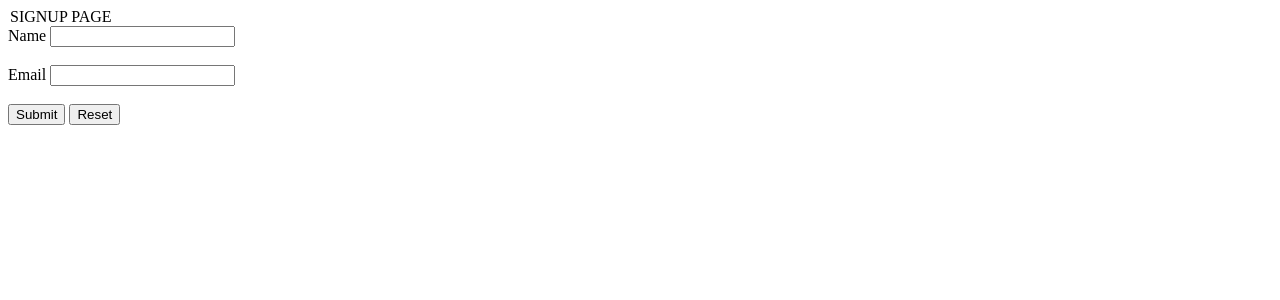
Repository: Altafalinadaf/SimpleProjects
Page: servletDemo6/src/main/webapp/index.html
These files come from the project's save history. The page is drawn as it stood at one moment and after the next save; the edit follows.
The browser window is 1280 px wide. The pictures show the whole page.

Above is the page before, as saved 2023-10-31 05:31:21.

After the next save:
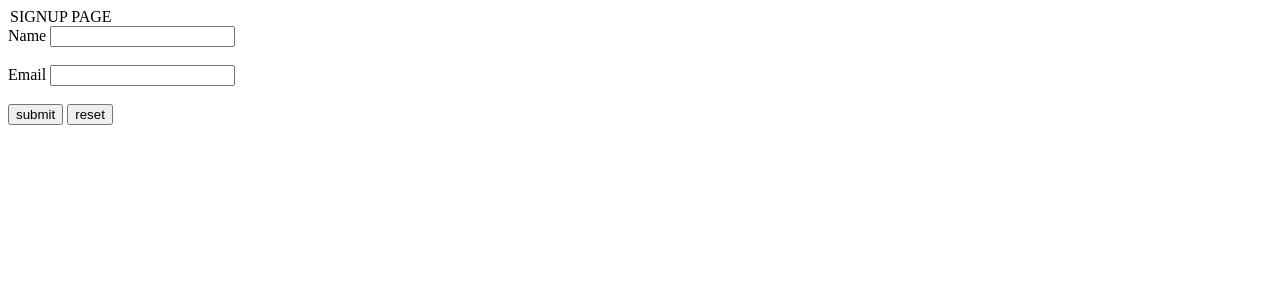
Saved 2 min 20 s later.
--- a/servletDemo6/src/main/webapp/index.html
+++ b/servletDemo6/src/main/webapp/index.html
@@ -16,8 +16,8 @@
 			<label for="email id">Email</label>
 			<input type="text" name="email" id="email id" /> <br /> <br />
 
-			<input type="submit" value="Submit" />
-			<input type="reset" value="Reset" />
+			<button>submit</button>
+			<button>reset</button>
 
 		</field set>
 

After the save that followed:
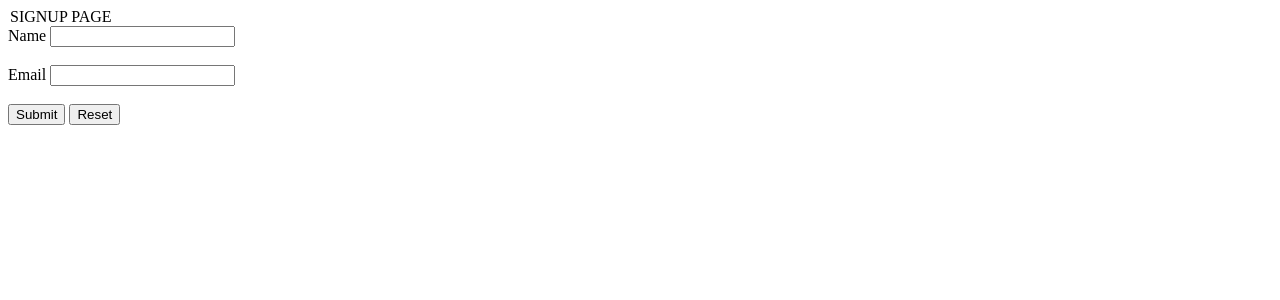
Saved 4 min 29 s later.
--- a/servletDemo6/src/main/webapp/index.html
+++ b/servletDemo6/src/main/webapp/index.html
@@ -10,14 +10,14 @@
 
 	<form action="myForm" method="post">
 		<field set>
-			<legend> SIGNUP PAGE  </legend>
+			<legend> SIGNUP PAGE </legend>
 			<label for="user name">Name</label>
-			<input type="text" name="name" id="user name" /> <br /> <br />
+			<input type="text" name="name" id="user name" size="20"/> <br /> <br />
 			<label for="email id">Email</label>
 			<input type="text" name="email" id="email id" /> <br /> <br />
 
-			<button>submit</button>
-			<button>reset</button>
+			<input type="submit" value="Submit" />
+			<input type="reset" value="Reset" />
 
 		</field set>
 
